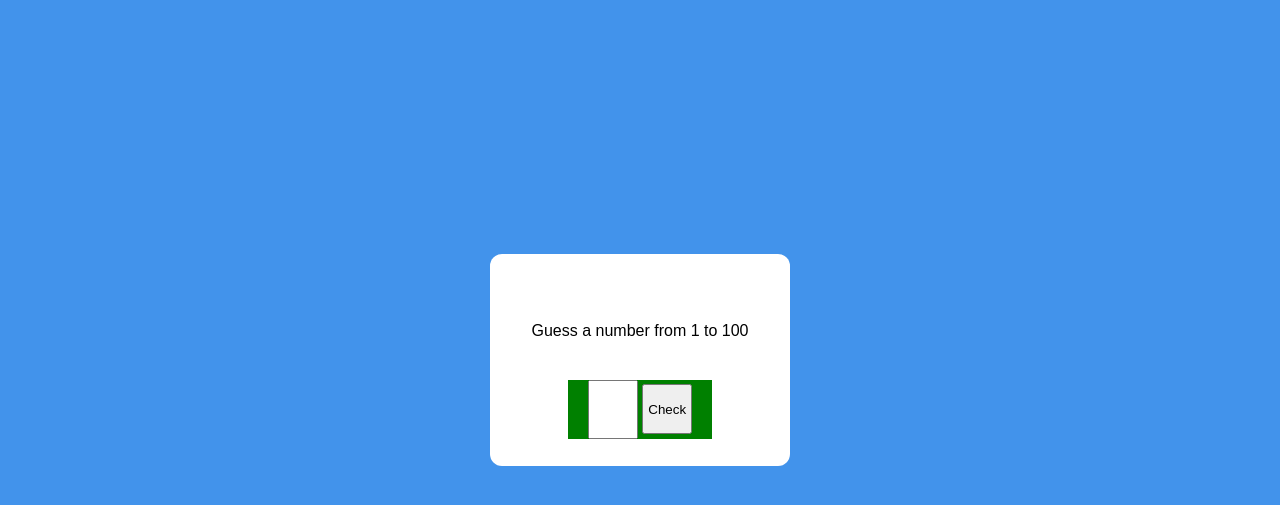
Repository: Ankitkr2021/Guess_Game
Page: index.html
The author's editor kept a copy of each file at every save. The page is drawn from the files as they stood at one save, then again after the next save.
The browser window is 1280 px wide. The pictures show the whole page.

Above is the page before, as saved 2025-09-30 17:42:57.

After the next save:
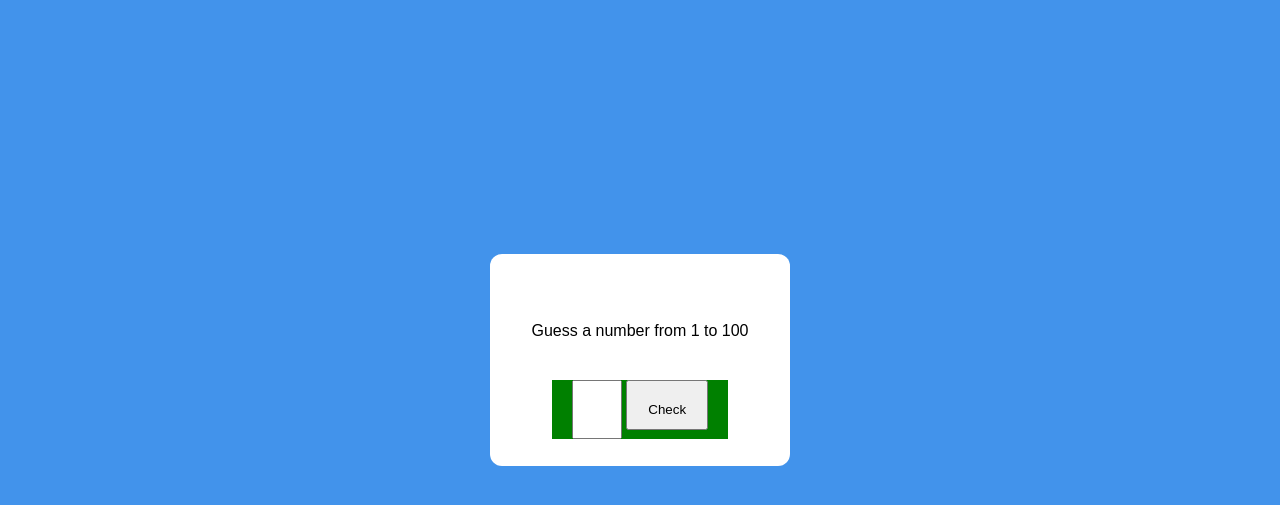
Saved 15 s later.
--- a/style.css
+++ b/style.css
@@ -43,6 +43,6 @@ input{
 }
 
 button{
-    width: 50px;
+    padding: 20px;
     height: 50px;
 }
